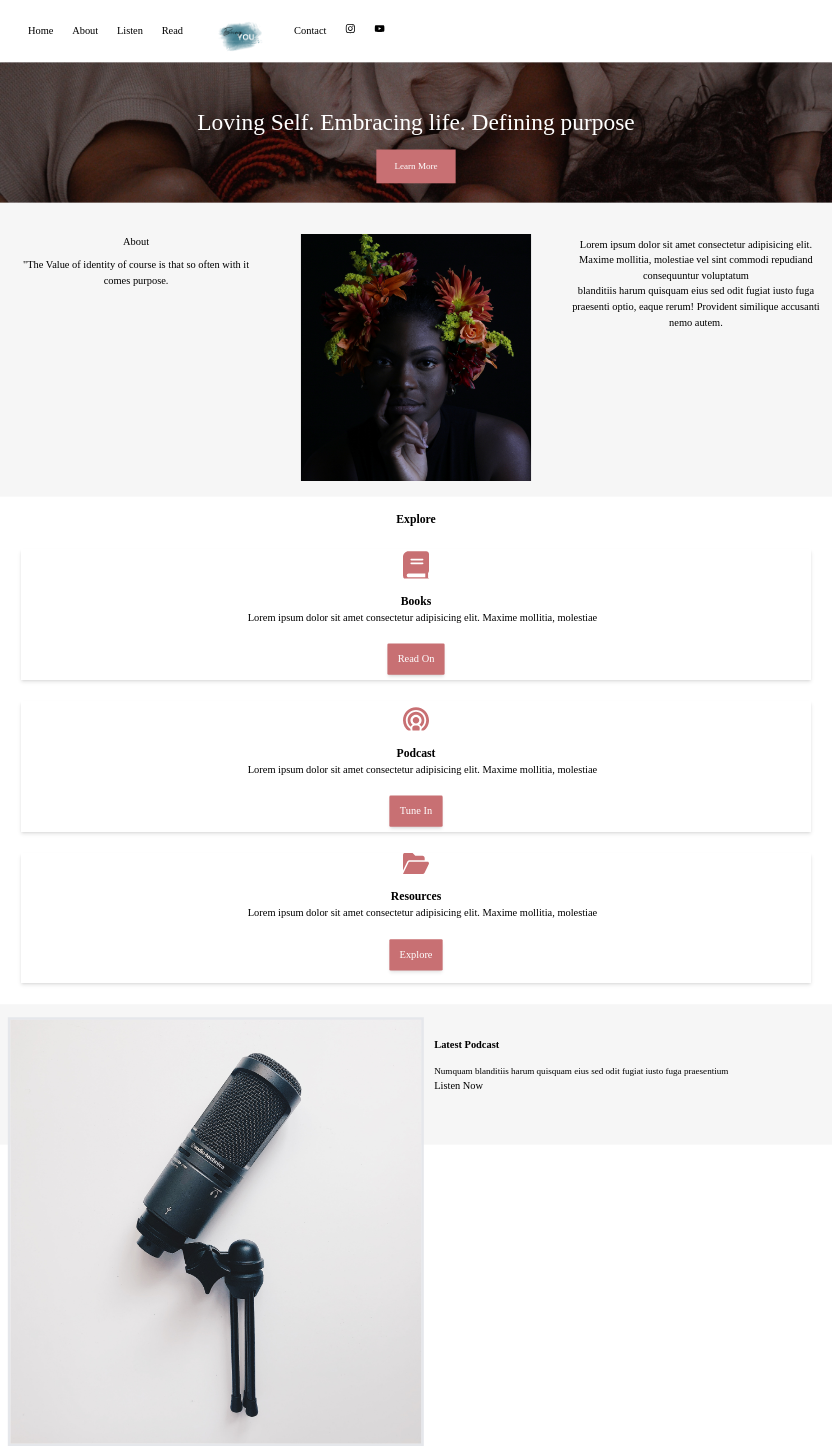
Repository: BrightonMboya/being-you
Page: /
These files come from the project's save history. The page is drawn as it stood at one moment and after the next save; the edit follows.
The browser window is 1280 px wide. The pictures show the whole page, at 65% of full size.
The project was rebuilt for these pictures with package versions that can differ from the ones it lists, and the page was loaded fresh each time.

Above is the page before, as saved 2022-05-28 17:23:31.

After the next save:
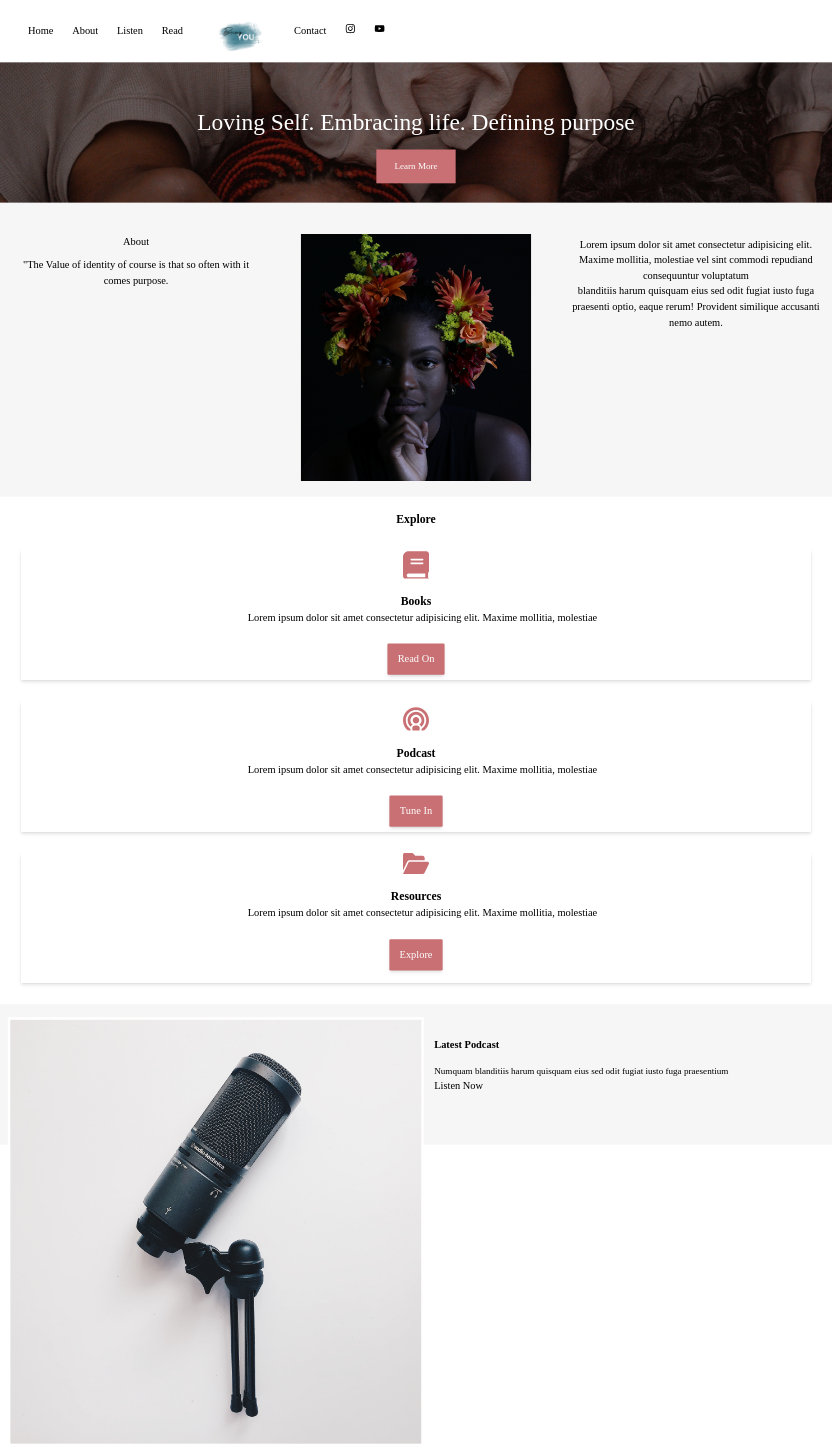
Saved 38 s later.
--- a/src/Components/Podcast/Podcast.jsx
+++ b/src/Components/Podcast/Podcast.jsx
@@ -5,7 +5,7 @@ const Podcast = () => {
   return (
     <div className="bg-[#F6F6F6] mt-8 h-[30vh]">
       <div className="grid grid-cols-2">
-        <img src={mic} alt=""  className="h-full w-25 object-cover ml-3  mt-5 border-4"/>
+        <img src={mic} alt=""  className="h-full w-25 object-cover ml-3  mt-5 border-4 border-white"/>
         <div className="mt-[7vh] ml-7">
           <h3 className="font-semibold">Latest Podcast</h3>
           <p className="text-sm mr-5 mt-5">
